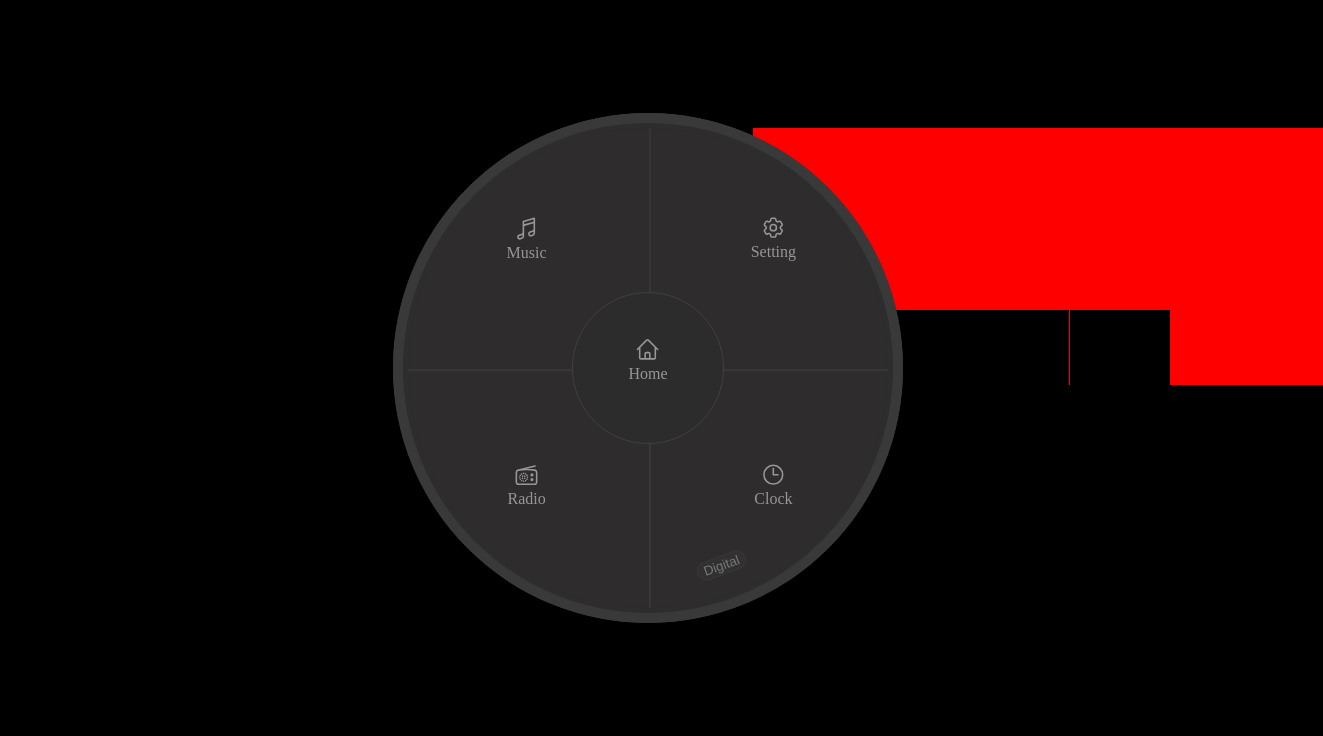
Repository: hsumyatm7308/Basecycle
Page: index.html
An editor plug-in stored every save of this project. The page is shown before and after the next save, followed by the edit.
The browser window is 1280 px wide. The page is 1323 px wide, so the pictures cover 1323 px, including what lies to the right of the window. The pictures show the whole page.

Above is the page before, as saved 2023-06-03 00:08:24.

### index.html
<!DOCTYPE html>
<html lang="en">

<head>

    <title>Circle control</title>
    <link rel="stylesheet" href="./style.css">
</head>

<body>
    <div class="ctn">

    <div class="container">

        <div class="container-left-top">

        </div>

        <div class="container-right-top">

        </div>

        <div class="container-right-bottom">

        </div>

        <div class="container-left-bottom">

        </div>



        <div class="second-container">



            <div class="left-top square " data-target=".container-left-top">
                <div class="textaligncenter">
                    <svg xmlns="http://www.w3.org/2000/svg" fill="none" viewBox="0 0 24 24" stroke-width="1.5"
                        stroke="currentColor" class="w-6 h-6 musicicon">
                        <path stroke-linecap="round" stroke-linejoin="round"
                            d="M9 9l10.5-3m0 6.553v3.75a2.25 2.25 0 01-1.632 2.163l-1.32.377a1.803 1.803 0 11-.99-3.467l2.31-.66a2.25 2.25 0 001.632-2.163zm0 0V2.25L9 5.25v10.303m0 0v3.75a2.25 2.25 0 01-1.632 2.163l-1.32.377a1.803 1.803 0 01-.99-3.467l2.31-.66A2.25 2.25 0 009 15.553z" />
                    </svg>

                    <p>Music</p>
                </div>
                <div class="cinmusic">

                </div>
            </div>

            <div class="right-top setting square " data-target=".container-right-top">
                <div class="textaligncenter">
                    <svg xmlns="http://www.w3.org/2000/svg" fill="none" viewBox="0 0 24 24" stroke-width="1.5"
                        stroke="currentColor" class="w-6 h-6 settingicon">
                        <path stroke-linecap="round" stroke-linejoin="round"
                            d="M9.594 3.94c.09-.542.56-.94 1.11-.94h2.593c.55 0 1.02.398 1.11.94l.213 1.281c.063.374.313.686.645.87.074.04.147.083.22.127.324.196.72.257 1.075.124l1.217-.456a1.125 1.125 0 011.37.49l1.296 2.247a1.125 1.125 0 01-.26 1.431l-1.003.827c-.293.24-.438.613-.431.992a6.759 6.759 0 010 .255c-.007.378.138.75.43.99l1.005.828c.424.35.534.954.26 1.43l-1.298 2.247a1.125 1.125 0 01-1.369.491l-1.217-.456c-.355-.133-.75-.072-1.076.124a6.57 6.57 0 01-.22.128c-.331.183-.581.495-.644.869l-.213 1.28c-.09.543-.56.941-1.11.941h-2.594c-.55 0-1.02-.398-1.11-.94l-.213-1.281c-.062-.374-.312-.686-.644-.87a6.52 6.52 0 01-.22-.127c-.325-.196-.72-.257-1.076-.124l-1.217.456a1.125 1.125 0 01-1.369-.49l-1.297-2.247a1.125 1.125 0 01.26-1.431l1.004-.827c.292-.24.437-.613.43-.992a6.932 6.932 0 010-.255c.007-.378-.138-.75-.43-.99l-1.004-.828a1.125 1.125 0 01-.26-1.43l1.297-2.247a1.125 1.125 0 011.37-.491l1.216.456c.356.133.751.072 1.076-.124.072-.044.146-.087.22-.128.332-.183.582-.495.644-.869l.214-1.281z" />
                        <path stroke-linecap="round" stroke-linejoin="round" d="M15 12a3 3 0 11-6 0 3 3 0 016 0z" />
                    </svg>
                    <p>Setting</p>
                </div>


            </div>

            <div class="right-bottom square clockbtn" data-target=".container-right-bottom">
                <div class="textaligncenter">
                    <svg xmlns="http://www.w3.org/2000/svg" fill="none" viewBox="0 0 24 24" stroke-width="1.5"
                        stroke="currentColor" class="w-6 h-6 clockicon">
                        <path stroke-linecap="round" stroke-linejoin="round"
                            d="M12 6v6h4.5m4.5 0a9 9 0 11-18 0 9 9 0 0118 0z" />
                    </svg>
                    <p>Clock</p>




                </div>

                <div class="cls">



                </div>

            </div>

            <div class="left-bottom square " data-target=".container-left-bottom">
                <div class="textaligncenter">
                    <svg xmlns="http://www.w3.org/2000/svg" fill="none" viewBox="0 0 24 24" stroke-width="1.5"
                        stroke="currentColor" class="w-6 h-6 radioicon">
                        <path stroke-linecap="round" stroke-linejoin="round"
                            d="M3.75 7.5l16.5-4.125M12 6.75c-2.708 0-5.363.224-7.948.655C2.999 7.58 2.25 8.507 2.25 9.574v9.176A2.25 2.25 0 004.5 21h15a2.25 2.25 0 002.25-2.25V9.574c0-1.067-.75-1.994-1.802-2.169A48.329 48.329 0 0012 6.75zm-1.683 6.443l-.005.005-.006-.005.006-.005.005.005zm-.005 2.127l-.005-.006.005-.005.005.005-.005.005zm-2.116-.006l-.005.006-.006-.006.005-.005.006.005zm-.005-2.116l-.006-.005.006-.005.005.005-.005.005zM9.255 10.5v.008h-.008V10.5h.008zm3.249 1.88l-.007.004-.003-.007.006-.003.004.006zm-1.38 5.126l-.003-.006.006-.004.004.007-.006.003zm.007-6.501l-.003.006-.007-.003.004-.007.006.004zm1.37 5.129l-.007-.004.004-.006.006.003-.004.007zm.504-1.877h-.008v-.007h.008v.007zM9.255 18v.008h-.008V18h.008zm-3.246-1.87l-.007.004L6 16.127l.006-.003.004.006zm1.366-5.119l-.004-.006.006-.004.004.007-.006.003zM7.38 17.5l-.003.006-.007-.003.004-.007.006.004zm-1.376-5.116L6 12.38l.003-.007.007.004-.004.007zm-.5 1.873h-.008v-.007h.008v.007zM17.25 12.75a.75.75 0 110-1.5.75.75 0 010 1.5zm0 4.5a.75.75 0 110-1.5.75.75 0 010 1.5z" />
                    </svg>
                    <p>Radio</p>
                </div>

                <div class=" cinradio">

                </div>
            </div>



        </div>


        <div class="center">
            <div class="textaligncenter">
                <svg xmlns="http://www.w3.org/2000/svg" fill="none" viewBox="0 0 24 24" stroke-width="1.5"
                    stroke="currentColor" class="w-6 h-6 homeicon">
                    <path stroke-linecap="round" stroke-linejoin="round"
                        d="M2.25 12l8.954-8.955c.44-.439 1.152-.439 1.591 0L21.75 12M4.5 9.75v10.125c0 .621.504 1.125 1.125 1.125H9.75v-4.875c0-.621.504-1.125 1.125-1.125h2.25c.621 0 1.125.504 1.125 1.125V21h4.125c.621 0 1.125-.504 1.125-1.125V9.75M8.25 21h8.25" />
                </svg>
                <p class="select">Home</p>
            </div>

        </div>

    </div>



    <div class="settingsection">
        <div class="settiong-items ">
            <svg xmlns="http://www.w3.org/2000/svg" fill="none" viewBox="0 0 24 24" stroke-width="1.5"
                stroke="currentColor" class="w-6 h-6" width="20px">
                <path stroke-linecap="round" stroke-linejoin="round"
                    d="M12 12.75c1.148 0 2.278.08 3.383.237 1.037.146 1.866.966 1.866 2.013 0 3.728-2.35 6.75-5.25 6.75S6.75 18.728 6.75 15c0-1.046.83-1.867 1.866-2.013A24.204 24.204 0 0112 12.75zm0 0c2.883 0 5.647.508 8.207 1.44a23.91 23.91 0 01-1.152 6.06M12 12.75c-2.883 0-5.647.508-8.208 1.44.125 2.104.52 4.136 1.153 6.06M12 12.75a2.25 2.25 0 002.248-2.354M12 12.75a2.25 2.25 0 01-2.248-2.354M12 8.25c.995 0 1.971-.08 2.922-.236.403-.066.74-.358.795-.762a3.778 3.778 0 00-.399-2.25M12 8.25c-.995 0-1.97-.08-2.922-.236-.402-.066-.74-.358-.795-.762a3.734 3.734 0 01.4-2.253M12 8.25a2.25 2.25 0 00-2.248 2.146M12 8.25a2.25 2.25 0 012.248 2.146M8.683 5a6.032 6.032 0 01-1.155-1.002c.07-.63.27-1.222.574-1.747m.581 2.749A3.75 3.75 0 0115.318 5m0 0c.427-.283.815-.62 1.155-.999a4.471 4.471 0 00-.575-1.752M4.921 6a24.048 24.048 0 00-.392 3.314c1.668.546 3.416.914 5.223 1.082M19.08 6c.205 1.08.337 2.187.392 3.314a23.882 23.882 0 01-5.223 1.082" />
            </svg>

        </div>

        <div class="settiong-items ">
            <svg xmlns="http://www.w3.org/2000/svg" fill="none" viewBox="0 0 24 24" stroke-width="1.5"
                stroke="currentColor" class="w-6 h-6" width="20px">
                <path stroke-linecap="round" stroke-linejoin="round"
                    d="M20.25 6.375c0 2.278-3.694 4.125-8.25 4.125S3.75 8.653 3.75 6.375m16.5 0c0-2.278-3.694-4.125-8.25-4.125S3.75 4.097 3.75 6.375m16.5 0v11.25c0 2.278-3.694 4.125-8.25 4.125s-8.25-1.847-8.25-4.125V6.375m16.5 0v3.75m-16.5-3.75v3.75m16.5 0v3.75C20.25 16.153 16.556 18 12 18s-8.25-1.847-8.25-4.125v-3.75m16.5 0c0 2.278-3.694 4.125-8.25 4.125s-8.25-1.847-8.25-4.125" />
            </svg>


        </div>

        <div class="settiong-items ">
            <svg xmlns="http://www.w3.org/2000/svg" fill="none" viewBox="0 0 24 24" stroke-width="1.5"
                stroke="currentColor" class="w-6 h-6" width="20px">
                <path stroke-linecap="round" stroke-linejoin="round"
                    d="M15.75 17.25v3.375c0 .621-.504 1.125-1.125 1.125h-9.75a1.125 1.125 0 01-1.125-1.125V7.875c0-.621.504-1.125 1.125-1.125H6.75a9.06 9.06 0 011.5.124m7.5 10.376h3.375c.621 0 1.125-.504 1.125-1.125V11.25c0-4.46-3.243-8.161-7.5-8.876a9.06 9.06 0 00-1.5-.124H9.375c-.621 0-1.125.504-1.125 1.125v3.5m7.5 10.375H9.375a1.125 1.125 0 01-1.125-1.125v-9.25m12 6.625v-1.875a3.375 3.375 0 00-3.375-3.375h-1.5a1.125 1.125 0 01-1.125-1.125v-1.5a3.375 3.375 0 00-3.375-3.375H9.75" />
            </svg>


        </div>

        <div class="settiong-items ">
            <svg xmlns="http://www.w3.org/2000/svg" fill="none" viewBox="0 0 24 24" stroke-width="1.5"
                stroke="currentColor" class="w-6 h-6" width="20px">
                <path stroke-linecap="round" stroke-linejoin="round"
                    d="M12 21a9.004 9.004 0 008.716-6.747M12 21a9.004 9.004 0 01-8.716-6.747M12 21c2.485 0 4.5-4.03 4.5-9S14.485 3 12 3m0 18c-2.485 0-4.5-4.03-4.5-9S9.515 3 12 3m0 0a8.997 8.997 0 017.843 4.582M12 3a8.997 8.997 0 00-7.843 4.582m15.686 0A11.953 11.953 0 0112 10.5c-2.998 0-5.74-1.1-7.843-2.918m15.686 0A8.959 8.959 0 0121 12c0 .778-.099 1.533-.284 2.253m0 0A17.919 17.919 0 0112 16.5c-3.162 0-6.133-.815-8.716-2.247m0 0A9.015 9.015 0 013 12c0-1.605.42-3.113 1.157-4.418" />
            </svg>


        </div>
    </div>


    <div class="clock-items">
        <button id="digital" class="btn digital">Digital</button>
    </div>

    <div class="clockhands ">
        <div class="minute"></div>
        <div class="centerdot"></div>
        <div class="hour" id="hour"></div>
    </div>

    <div class="digitalcontainer">
         <div class="digital-square"></div>
         <div class="digital-circleone"></div>

         <div class="line1">
            <div class="littledot"></div>
         </div>
         <h1 id="hr" class="digtime">12 <span>hr</span></h1>



         <div class="line2">
            <div class="littledot"></div>
         </div>
         <h1 id="mi" class="digtime">55 <span>min</span></h1>

         <div class="line3">
            <div class="littledot"></div>
         </div>
         <h1 id="se" class="digtime">20 <span>sec</span></h1>


         <div id="dgid1" class="digiani1 "></div>
         <div id="dgid2" class="digiani2 "></div>
    </div>



</div>
    <script src="../jq/jquery-3.7.0.min.js"></script>
    <script src="./script.js"></script>
</body>

</html>

### style.css

@import url('https://fonts.googleapis.com/css2?family=Roboto+Condensed:ital@1&display=swap');

body {
    width: 100%;
    height: 100vh;
    display: flex;
    background-color: #000;
    justify-content: center;
    align-items: center;
    /* overflow: hidden; */
}

.ctn{
    width: 950px;
    height: 100vh;
    /* background-color: #191717; */
    display: flex;
    justify-content: center;
    align-items: center;


    position: relative;
}


.container {
    width: 510px;
    height: 510px;
    background-color: #3a3939;
    border-radius: 50%;
    position: relative;



    overflow: hidden;
}


.container-left-top,
.container-right-top,
.container-right-bottom,
.container-left-bottom {
    width: 50%;
    height: 50%;
    background-color: #3a3939;
    /* background-color: #514f4f; */



}

.container-right-top {
    transform: translate(100%, -100%);

}

.container-right-bottom {
    transform: translate(100%, -100%);

}

.container-left-bottom {
    transform: translateY(-200%);
}



.second-container {
    width: 480px;
    height: 480px;
    background-color: #2e2c2c;
    border-radius: 50%;
    border: 5px solid #2d2d2d;

    position: absolute;
    left: 50%;
    top: 50%;

    transform: translate(-50%, -50%);


    overflow: hidden;



}

.left-top,
.right-top,
.right-bottom,
.left-bottom {
    width: 51%;
    height: 51%;

    background-color: #2e2c2c;
    border: 1px solid #3a3939;

    display: flex;
    justify-content: center;
    align-items: center;


}

.left-top {
    margin-top: -1%;
    margin-left: -1%;
}

.right-top {

    margin-left: -1%;
    transform: translate(100%, -100%);
}

.left-bottom {
    margin-left: -1%;
    transform: translateY(-200%);

}

.right-bottom {
    margin-left: -1%;
    transform: translate(100%, -100%);
    position: relative;

}

.left-top:hover,
.right-top:hover,
.right-bottom:hover,
.left-bottom:hover {
    background: #3a3939;

    transition: all 1s;
}




.center {
    width: 150px;
    height: 150px;
    background: #2d2c2c;
    border-radius: 100%;
    border: 1px solid #404040;
    position: absolute;
    left: 50%;
    top: 50%;
    transform: translate(-50%, -50%);
    z-index: 3;

    display: flex;
    justify-content: center;
    align-items: center;


}


.musicicon,
.radioicon,
.settingicon,
.clockicon,
.homeicon {
    width: 25px;

}


.textaligncenter {
    text-align: center;
    color: #989696;


}

.textaligncenter p {
    margin-top: -1px;
}






/* Setting Section */

.settingsection{
    width: 300px;
    height: 300px;
    /* background-color: aliceblue; */
    position: absolute;
    top: 50px;
    left: 500px;
    display: flex;

    visibility: hidden;


}

.settiong-items{
    width: 50px;
    height: 50px;
    background-color: #404040;
    border-radius: 50%;
    /* color: rgb(51, 51, 102); */
    color: #f4f4f4;
    display: flex;
    justify-content: center;
    align-items: center;
}



.settingani:nth-of-type(1){
    transform: translate(-60%,100%);
    animation: setitemone .3s linear forwards;
    opacity: 0;
}

.settingani:nth-of-type(2){

    transform: translate(-50%,40%);
    animation: setitemtwo .5s linear forwards;
    animation-delay: .3s;
    opacity: 0;


}

.settingani:nth-of-type(3){

    transform: translate(0%,100%);
    animation: setitemthree .5s linear forwards;
    animation-delay: .6s;
    opacity: 0;

}

.settingani:nth-of-type(4){

    transform: translate(30%,200%);
    animation: setitemfour .5s linear forwards;
    animation-delay: .9s;
    opacity: 0;

}


@keyframes setitemone {

    100%{
        transform: translate(50%,40%);
        opacity: 1;
    }
}



@keyframes setitemtwo {

    100%{
        transform: translate(100%,100%);
        opacity: 1;
    }
}

@keyframes setitemthree {


    100%{
        transform: translate(130%,200%);
        opacity: 1;

    }
}

@keyframes setitemfour {

    to{
        transform: translate(120%,323%);
        opacity: 1;

    }
}


/* Clock Section  */

.clock-items {
    margin-right: 10px;
    position: absolute;

    left: 520px;
    bottom: 150px;
    z-index: 6;

    transform: rotate(-20deg);

}

.clock-items .btn{
    color: #7a7979;

    border-radius: 10px;
    background-color: #323131;
    border: 1px solid #383737;
    margin: 3px;

}

.clock-items .btn:hover{
    opacity: .6;
}



.clocksection{
    width: 500px;
    height: 500px;
    /* background: #3a3939; */
    background: #2d2c2c;

    position: absolute;
    top: 0px;
    left:0px ;



    animation: clockani2 1s linear forwards;

}

.clocksectioninradio{
    width: 300px;
    height: 300px;
    /* background: #3a3939; */
    background: #2d2c2c;

    position: absolute;

    right: -300px;
    top: 0;

    z-index: 2;


    animation: clockani 1s linear forwards;
}



@keyframes clockani{
    to{
        right: -10px;
    }
}






@keyframes clockani2 {

    100% {
        top: -250px;
    }
}

.clocksectioninmusic{
    width: 400px;
    height: 400px;
    /* background-color: #3a3939; */
    background: #2d2c2c;


    position: absolute;
   left: -360px;
    top: -400px;

    z-index: 2;

    animation: clockani3 1s linear forwards;
    animation-delay: 1s;
}

@keyframes clockani3 {

    100% {
        left: 0;
        top: 0px;
    }
}


.centerhomeani{
   animation: centerhomeani 1s linear forwards;
}

@keyframes centerhomeani {
    to{
        transform: scale(.3) translate(80%,180%);
        background: #323131;
        border: 5px solid #404040;

        z-index: 4;


    }
}



.clockhands{
    width: 480px;
    height: 480px;
    /* background-color: #2d2b2b; */
    border-radius: 50%;
    display: flex;
    justify-content: center;
    align-items: center;
    position: absolute;

    transition: all .5s;

    z-index: 2;

    display: flex;
    justify-content: center;
    align-items: center;

    /* visibility: hidden; */
    transform: scale(0);


}

.clhandani{
    animation: clhandvisible 1s linear forwards;
    animation-delay: 1.5s;
}

@keyframes clhandvisible{
    to{
    transform: scale(1);

    }
}



.clockhands .centerdot{
    width: 20px;
    height: 20px;
    background-color: #343333;
    border: 1px solid #514f4f;

    border-radius: 50%;
    position: absolute;
    z-index: 5;
}



.hour{
    width: 8px ;
    height: 170px;
    background-color: #454343;
    border-radius:50px 50px 0px 0px;
    border: 1px solid #514f4f;

    position: absolute;
    left: 237px;
    top: 70px;

    transform-origin: 55% 100%;
    /* transform: rotate(360deg); */
    z-index: 4;

}


.minute{
    width: 8px;
    height: 220px;
    background-color: #454343;
    border-radius: 50px 50px 0 0 ;
    border: 1px solid #514f4f;


    /* margin-top: -50%; */
    position: absolute;
    left: 240px;
    top: 18px;

    z-index: 4;

    transform-origin:55% 100%;
}



.digitalcontainer{
    width: 570px;
    height: 570px;
    /* background-color: #7a7979; */

    position: absolute;
    left: 580px;
    top: 120px;
    z-index: -1;

    overflow: hidden;
    /* display: none; */

}

.digital-square{
    width: 100%;
    height: 45%;
    /* background-color: #000; */
    background-color: red;

    position: absolute;
    z-index: 1;

}

.digital-circleone{
    width: 600px;
    height: 600px;
    border-radius: 50%;
    /* background-color: blue; */
    border: 5px solid #3a3939;

   transform: translate(-70%,-10%);
}

.digitalcontainer .digtime{
   color: #f4f4f4;
    position: absolute;
    right: 28%;
    z-index: 3;


}

.digtime span{
    font-size: 17px;
    font-weight: 500;
    vertical-align: -25px;
    color: rgb(228, 228, 235);

}

.digitalcontainer .digtime:nth-of-type(1){
    bottom: 40%;

    font-size: 28px;
    color: #f4f4f4f4;
    font-family: 'Roboto Condensed', sans-serif;
}

.digitalcontainer .digtime:nth-of-type(2){
    bottom: 20%;

    font-size: 28px;
    color: #f4f4f4;
    font-family: 'Roboto Condensed', sans-serif;
}

.digitalcontainer .digtime:nth-of-type(3){
    bottom: 0%;

    font-size: 28px;
    color: #f4f4f4;
    font-family: 'Roboto Condensed', sans-serif;
}




.line1{
    width: 140px;
    height: 3px;
    background-color: #514f4f;

    position: absolute;
    bottom: 50%;
    right: 45%;

    z-index: 2;

    display: flex;
    justify-content: end;
    align-items: center;
}

.littledot{
    width: 8px;
    height: 8px;
    background-color: #514f4f;
    border-radius: 50%;

}



.line2{
    width: 170px;
    height: 3px;
    background-color: #514f4f;

    position: absolute;
    right: 45%;
    bottom: 31%;

    display: flex;
    justify-content: end;
    align-items: center;
}

.line3{
    width: 280px;
    height: 3px;
    background-color: #514f4f;

    position: absolute;
    bottom: 11%;
    right: 45%;

    z-index: 2;

    display: flex;
    justify-content: end;
    align-items: center;
}

.digiani1{
    width: 340px;
    height: 60%;
    background-color: #000;
    position: absolute;
    right: 44.5%;
    bottom: 8%;
    z-index: 3;
    transition: all 1s;


}



.digiani2{
    width:100px ;
    height: 60%;
    background-color: #000;
    position: absolute;
    bottom: 8%;
    right: 26.8%;

    /* transform: translateY(100%); */
    z-index: 3;
    transition: all 1s;

}

.dgani1p1{
    animation: digiani 2s linear forwards;
    animation-delay: 1s;

}

.dgani2p1{
    animation: digiani2 2s linear forwards;
    animation-delay: 1.5s;

}

@keyframes digiani{
 to{
   transform: translate(200%);
 }
}

@keyframes digiani2{
    to{
        transform: translateY(100%);
    }
}


.dganireverse1{
    animation: dganireverse1 2s linear forwards;

}

.dganireverse2{
    animation: dganireverse2 2s linear forwards;

}

@keyframes dganireverse1{
    from{
   transform: translate(200%);

    }
    to{
      transform: translate(0%);
    }
   }

   @keyframes dganireverse2{
    from{
        transform: translateY(100%);

    }
       to{
           transform: translateY(0%);
       }
   }

### script.js







$(document).ready(function () {





    $('.square').mouseover(function () {
        var target = $(this).data('target');
        $(target).css('background', '#989696');
        $(target).css('transition', '.5s');

    });

    $('.square').mouseleave(function () {
        var target = $(this).data('target');
        $(target).css('background', '#3a3939');
        $(target).css('transition', '.5s');

    });

    $('.setting').click(function(){
        $('.settingsection').css('visibility','visible');
        $('.settiong-items').addClass('settingani');
        $('.right-top').css('background','#3d3d3d');
        $('.right-top').mouseleave(function(){
            $('.container-right-top').css('background','#514f4f')
        });
    })



    $('.center').click(function(){
        window.location.reload();
    })





    function clock(){

        var minute = document.querySelector('.minute');
        var hour = document.getElementById('hour');

        var getdate = new Date();
        var gethour = getdate.getHours();
        var getmin = getdate.getMinutes();
        var getsec = getdate.getSeconds();
       var getmils = getdate.getMilliseconds();

        var gettime = gethour * 3600 + getmin * 60 + getsec * 1 + getmils/1000;
        // console.log(gettime);

        let hours = gettime/60/12 * 6;
        let minutes = gettime/60 * 6;


        $(hour).css('transform',`rotate(${hours}deg)`);
        $(minute).css('transform',`rotate(${minutes}deg)`);


        // console.log(hrvalue%6)

        let hrs = gethour%12;

       var hrvalue = hrs.toString().padStart(2,'0');
        var minvalue = getmin.toString().padStart(2,'0');
        var secvalue = getsec.toString().padStart(2,'0');

        $('#hr').html(`<h1>${hrvalue} <span>hr</span></h1>`);
        $('#mi').html(`<h1>${minvalue} <span>min</span></h1>`);
        $('#se').html(`<h1>${secvalue} <span>sec</span></h1>`);

    }

    clock();

    setInterval(clock,1000);



    $('.clockbtn').click(function(){
        $('.cls').addClass('clocksection');
        $('.cinradio').addClass('clocksectioninradio');
        $('.cinmusic').addClass('clocksectioninmusic');
        $('.center').addClass('centerhomeani');
        $('.clockhands').css('visibility','visible');
        $('.clockhands').addClass('clhandani')

    });









});










var digitalid = document.getElementById('digital');
var dgidone = document.getElementById('dgid1');
var dgidtwo = document.getElementById('dgid2');
// console.log(digital.length)




digitalid.addEventListener('click',function(){



  dgidone.classList.toggle('dgani1p1');
  dgidtwo.classList.toggle('digiani2');

        digitalid.addEventListener('click',function(){
            dgidone.classList.toggle('dganireverse1');
            dgidtwo.classList.toggle('dganireverse2');

           digitalid.addEventListener('click',function(){
            window.location.reload();
           })



        });






})

Loaded but not shown: jq/jquery-3.7.0.min.js (library)

After the next save:
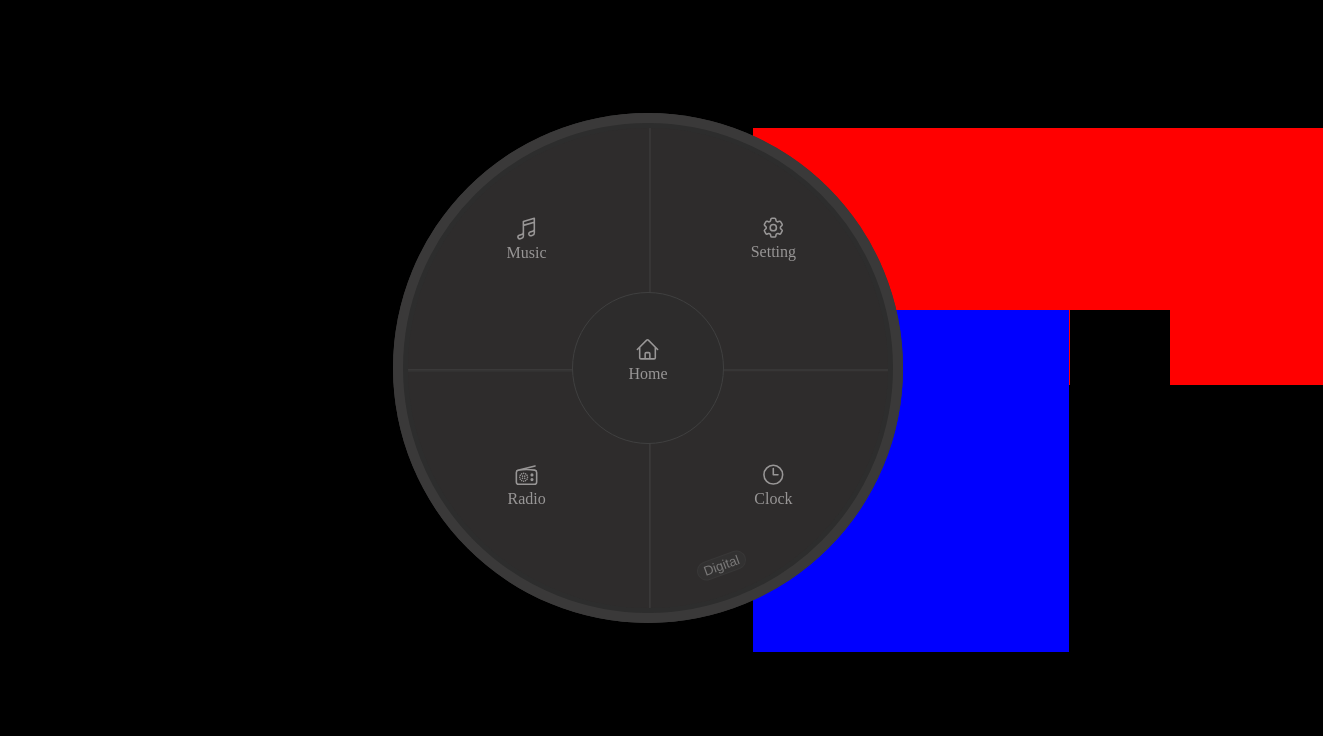
Saved 34 s later.
--- a/style.css
+++ b/style.css
@@ -643,7 +643,8 @@ body {
 .digiani1{
     width: 340px;
     height: 60%;
-    background-color: #000;
+    background-color: blue;
+    /* background-color: #000; */
     position: absolute;
     right: 44.5%;
     bottom: 8%;
